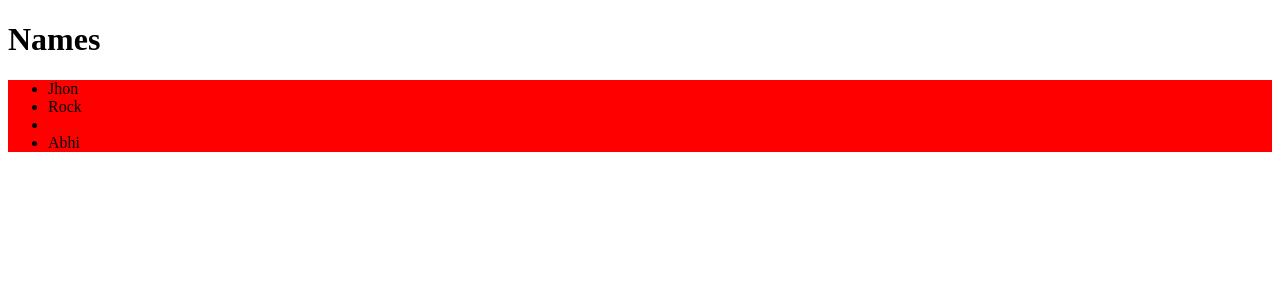
Repository: NithishKoriyar/phpprojectgh
Page: http://localhost/names.php
An editor plug-in stored every save of this project. The page is shown before and after the next save, followed by the edit.
The browser window is 1280 px wide. The pictures show the whole page.
The page is run by PHP 8.4 with error messages shown; the project is at /var/www/html/.

Above is the page before, as saved 2022-12-14 12:41:09.

### names.php
<?php
    $names = ['Jhon', 'Rock','', 'Abhi'];
?>
<!DOCTYPE html>
<html lang="en">
<head>
    <meta charset="UTF-8">
    <meta http-equiv="X-UA-Compatible" content="IE=edge">
    <meta name="viewport" content="width=device-width, initial-scale=1.0">
    <title>Document</title>
    <style>

        .more-names{
            background-color: red;
        }
        .some-names{
            background-color: green;
        }

    </style>
</head>
<body class="">
    <h1>Names</h1>
    <ul class="<?= count($names) > 3 ? 'more-names' : 'some-names' ?>">
        <?php foreach($names as $name) { ?>

          <li><?= $name ?></li>
        <?php } ?>
    </ul>

</body>
</html>

After the next save:
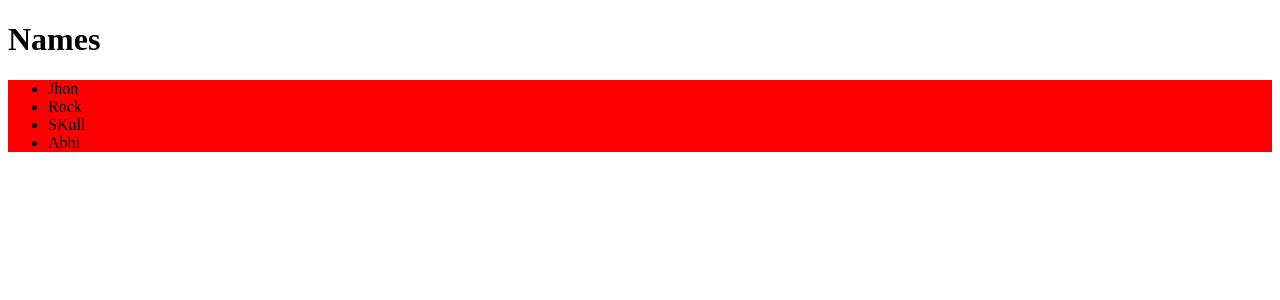
Saved 10 s later.
--- a/names.php
+++ b/names.php
@@ -1,5 +1,5 @@
 <?php
-    $names = ['Jhon', 'Rock','', 'Abhi'];
+    $names = ['Jhon', 'Rock','SKull', 'Abhi'];
 ?>
 <!DOCTYPE html>
 <html lang="en">
